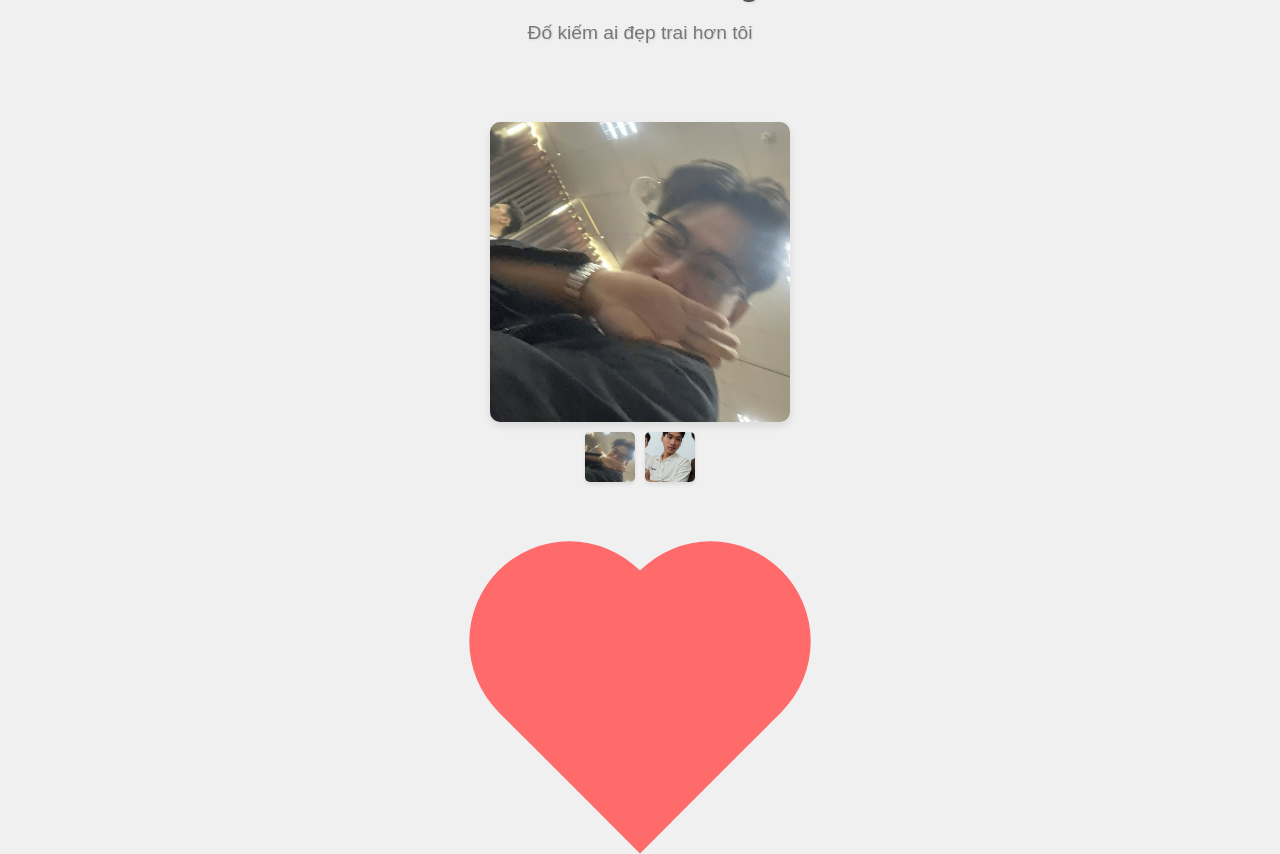
Repository: Thonghehe/profile
Page: index.html
The author's editor kept a copy of each file at every save. The page is drawn from the files as they stood at one save, then again after the next save.
The browser window is 1280 px wide. The pictures show the whole page.

Above is the page before, as saved 2024-11-15 13:49:42.

### index.html
<!DOCTYPE html>
<html lang="en">

<head>
    <meta charset="UTF-8">
    <meta name="viewport" content="width=device-width, initial-scale=1.0">
    <title>Document</title>
    <link rel="stylesheet" href="./style.css">
</head>

<body>
    <div>
        <h1>My Introduce</h1>
        <h2>Tôi tên là thông</h2>
        <p>Đố kiếm ai đẹp trai hơn tôi</p>
        <img src="" alt="">
    </div>

    <div class="thumbnail-container">
        <img id="large-image" src="" alt="Large Image">
        <div class="thumbnails" style="margin-bottom:100px ;"></div>
        <div class="heart"></div>
        <script>
            const images = {
                image1: './images/image1.png',
                image2: './images/image.png',

            };

            const largeImage = document.getElementById('large-image');
            const thumbnailsContainer = document.querySelector('.thumbnails');

            Object.values(images).forEach(src => {
                const img = document.createElement('img');
                img.src = src;
                img.alt = 'Thumbnail';
                img.classList.add('thumbnail');
                img.addEventListener('mouseover', () => {
                    largeImage.src = src;
                });
                thumbnailsContainer.appendChild(img);
            });

            // Set the initial large image
            largeImage.src = images.image1;
        </script>
</body>

</html>

### style.css
body {
    display: flex;
    flex-direction: column;
    justify-content: center;
    align-items: center;
    height: 100vh;
    margin: 0;
    background-color: #f0f0f0;
    font-family: Arial, sans-serif;
    overflow: hidden;
}

div {
    text-align: center;
    margin-bottom: 20px;
}

h1 {
    font-size: 2.5em;
    color: #333;
    margin-bottom: 10px;
    text-shadow: 2px 2px 4px rgba(0, 0, 0, 0.1);
}

h2 {
    font-size: 2em;
    color: #555;
    margin-bottom: 10px;
    text-shadow: 1px 1px 3px rgba(0, 0, 0, 0.1);
}

p {
    font-size: 1.2em;
    color: #777;
    margin-bottom: 20px;
    text-shadow: 1px 1px 2px rgba(0, 0, 0, 0.1);
}

.heart {
    position: relative;
    width: 200px;
    height: 200px;
    background-color: #ff6b6b;
    transform: rotate(-45deg);
    margin-top: 20px;
}

.heart::before,
.heart::after {
    content: "";
    position: absolute;
    width: 200px;
    height: 200px;
    background-color: #ff6b6b;
    border-radius: 50%;
}

.heart::before {
    top: -100px;
    left: 0;
}

.heart::after {
    top: 0;
    left: 100px;
}



.thumbnail-container {
    display: flex;
    flex-direction: column;
    align-items: center;
    gap: 10px;
    margin-top: 20px;
}

#large-image {
    width: 300px;
    height: 300px;
    object-fit: cover;
    border-radius: 10px;
    box-shadow: 0 4px 8px rgba(0, 0, 0, 0.1);
}

.thumbnails {
    display: flex;
    gap: 10px;
}

.thumbnail {
    width: 50px;
    height: 50px;
    object-fit: cover;
    border-radius: 5px;
    cursor: pointer;
    box-shadow: 0 2px 4px rgba(0, 0, 0, 0.1);
}

After the next save:
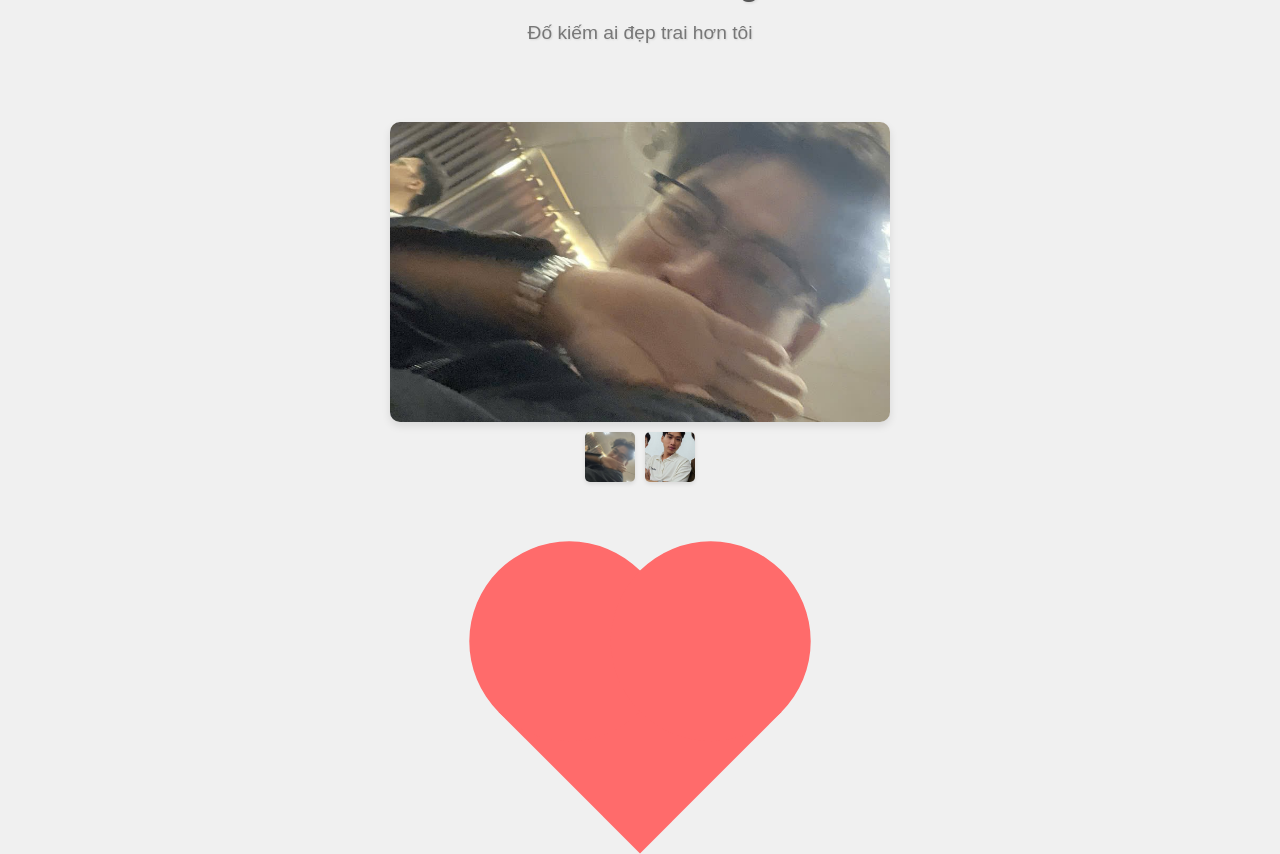
Saved 8 s later.
--- a/style.css
+++ b/style.css
@@ -76,7 +76,7 @@ p {
 }
 
 #large-image {
-    width: 300px;
+    width: 500px;
     height: 300px;
     object-fit: cover;
     border-radius: 10px;
